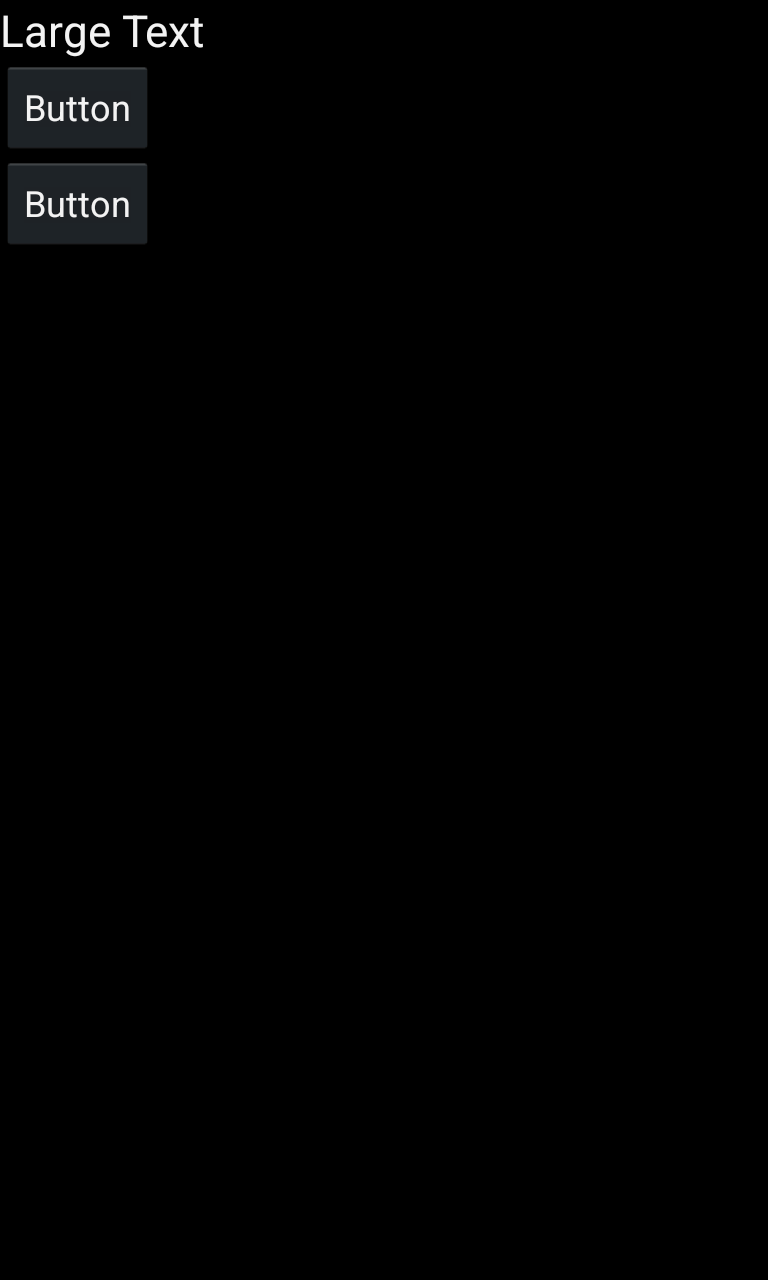
Repository: Al-Zahir/APCS
Layout: workspace/APCompFinal/res/layout/menu.xml
The author's editor kept a copy of each file at every save. The layout is drawn from the files as they stood at one save, then again after the next save.
It is drawn on a 768 x 1280 px phone screen (xhdpi) without system bars, with theme android:Theme.Holo; the app's code is not run.

Above is the layout before, as saved 2015-06-01 13:04:40.

### workspace/APCompFinal/res/layout/menu.xml
<?xml version="1.0" encoding="utf-8"?>
<LinearLayout xmlns:android="http://schemas.android.com/apk/res/android"
    android:layout_width="match_parent"
    android:layout_height="match_parent"
    android:orientation="vertical" >

    <TextView
        android:id="@+id/menuTitle"
        android:layout_width="fill_parent"
        android:layout_height="wrap_content"
        android:text="Large Text"
        android:textAppearance="?android:attr/textAppearanceLarge" />

    <Button
        android:id="@+id/singlePlayer"
        android:layout_width="wrap_content"
        android:layout_height="wrap_content"
        android:text="Button" />

    <Button
        android:id="@+id/multiPlayer"
        android:layout_width="wrap_content"
        android:layout_height="wrap_content"
        android:text="Button" />

</LinearLayout>

After the next save:
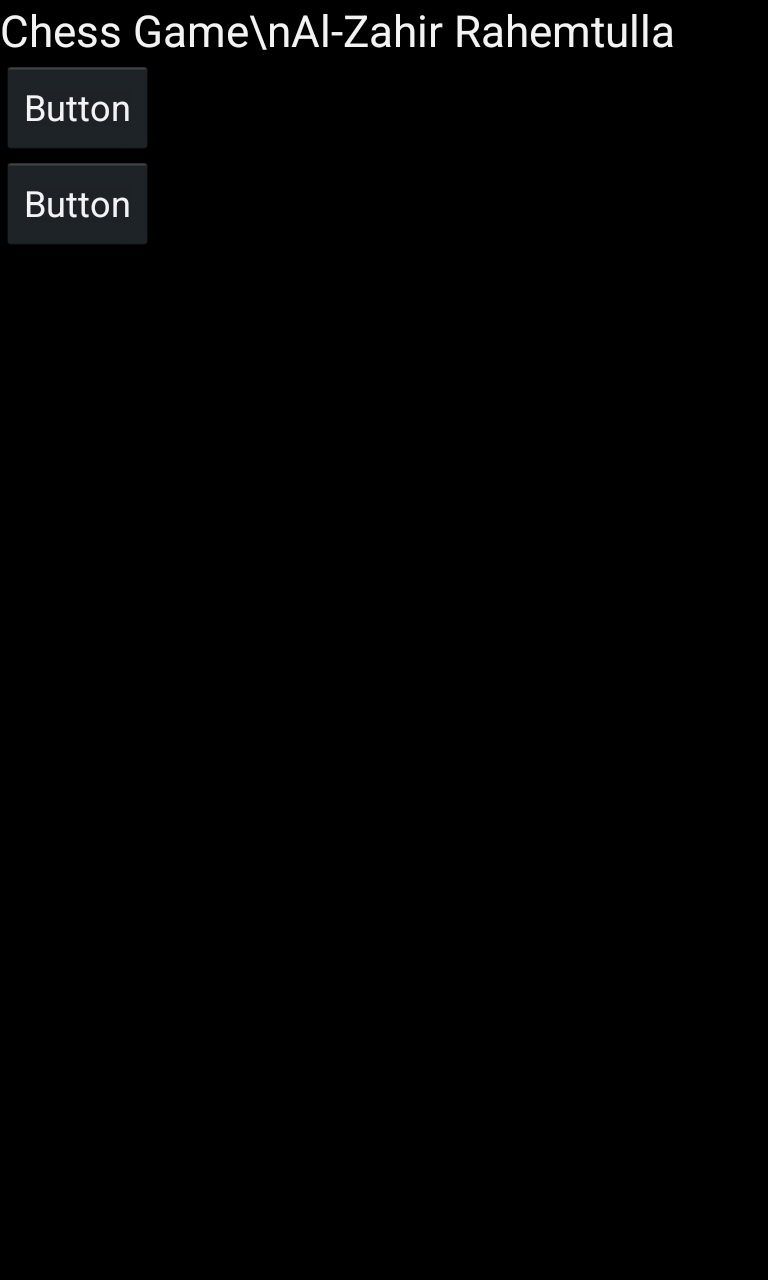
Saved 16 s later.
--- a/workspace/APCompFinal/res/layout/menu.xml
+++ b/workspace/APCompFinal/res/layout/menu.xml
@@ -8,7 +8,7 @@
         android:id="@+id/menuTitle"
         android:layout_width="fill_parent"
         android:layout_height="wrap_content"
-        android:text="Large Text"
+        android:text="Chess Game\nAl-Zahir Rahemtulla"
         android:textAppearance="?android:attr/textAppearanceLarge" />
 
     <Button
